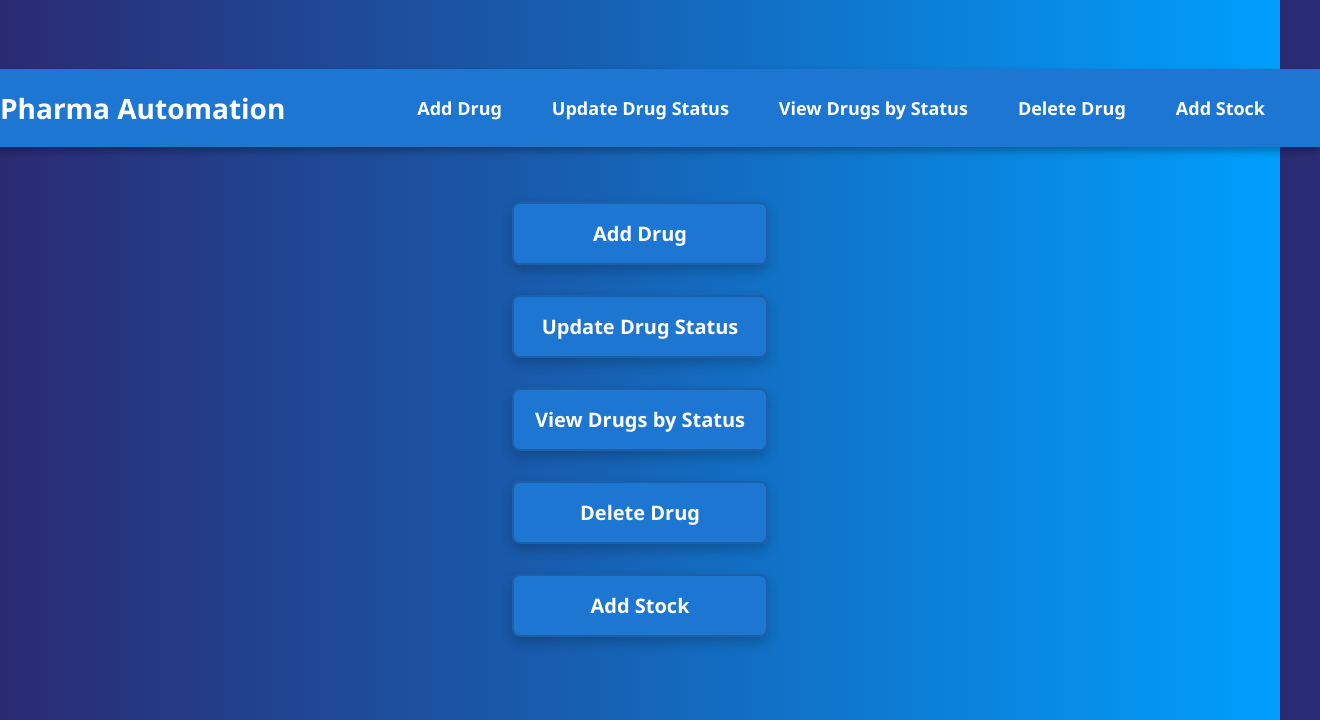
Repository: Clarrieous/Infosys-intern
Page: http://localhost/index
An editor plug-in stored every save of this project. The page is shown before and after the next save, followed by the edit.
The browser window is 1280 px wide. The page is 1320 px wide, then 1280 px, so the pictures cover 1320 px, including what lies to the right of the window. The pictures show the whole page.
The page is this project's Thymeleaf template; nobody is signed in. The template is opened directly, without the code that normally fills it, so the values that code supplies are empty.

Above is the page before, as saved 2024-12-08 12:23:09.

### ClientService/src/main/resources/templates/index.html
<!DOCTYPE html>
<html xmlns:th="http://www.thymeleaf.org">
<head>
    <meta charset="UTF-8">
    <meta name="viewport" content="width=device-width, initial-scale=1.0">
    <title>Pharma Automation System</title>
    <style>
        body {
            font-family: 'Segoe UI', Tahoma, Geneva, Verdana, sans-serif;
            margin: 0;
            padding: 0;
            background: linear-gradient(to right, #2a2a72, #009ffd);
            color: #fff;
            height: 100vh;
            display: flex;
            flex-direction: column;
            justify-content: center; /* Align content vertically centered */
            align-items: center; /* Align content horizontally centered */
        }

        .navbar {
            width: 100%;
            display: flex;
            justify-content: space-between;
            align-items: center;
            padding: 20px 40px;
            background-color: #1c76d2; /* Navbar color changed to match the theme */
            box-shadow: 0 4px 8px rgba(0, 0, 0, 0.3);
        }

        .navbar h1 {
            margin: 0;
            font-size: 28px;
            font-weight: bold;
            color: #fff;
        }

        .navbar ul {
            list-style-type: none;
            margin: 0;
            padding: 0;
            display: flex;
        }

        .navbar ul li {
            margin-left: 20px;
        }

        .navbar ul li a {
            color: white;
            text-decoration: none;
            font-size: 18px;
            font-weight: 600;
            transition: color 0.3s;
            padding: 10px 15px;
            border-radius: 4px;
        }

        .navbar ul li a:hover {
            background-color: #1873b7; /* Hover effect matching button color */
            color: white;
        }

        .button-list {
            display: flex;
            flex-direction: column;
            justify-content: center;
            align-items: center;
            margin-top: 40px;
        }

        .button-list a {
            display: block;
            width: 220px;
            text-align: center;
            padding: 16px;
            margin: 15px 0;
            font-size: 20px;
            font-weight: bold;
            color: #fff;
            background-color: #1c76d2; /* Button color matching the navbar */
            text-decoration: none;
            border: 2px solid #1e60a8;
            border-radius: 8px;
            transition: all 0.3s ease;
            box-shadow: 0 6px 12px rgba(0, 0, 0, 0.2);
        }

        .button-list a:hover {
            background-color: #1873b7;
            color: white;
            transform: translateY(-5px);
            box-shadow: 0 8px 16px rgba(0, 0, 0, 0.3);
        }

        @media (max-width: 768px) {
            .navbar {
                flex-direction: column;
                align-items: flex-start;
                padding: 10px 20px;
            }

            .navbar ul {
                flex-direction: column;
                align-items: flex-start;
                margin-top: 10px;
            }

            .button-list a {
                width: 90%;
                font-size: 18px;
                padding: 14px;
            }
        }
    </style>
</head>
<body>

    <div class="navbar">
        <h1>Pharma Automation</h1>
        <ul>
            <li><a th:href="@{/addDrug}">Add Drug</a></li>
            <li><a th:href="@{/updateStatus}">Update Drug Status</a></li>
            <li><a th:href="@{/viewDrugStatus}">View Drugs by Status</a></li>
            <li><a th:href="@{/deleteDrug}">Delete Drug</a></li>
            <li><a th:href="@{/addStock}">Add Stock</a></li>
        </ul>
    </div>

    <div class="button-list">
        <a th:href="@{/addDrug}">Add Drug</a>
        <a th:href="@{/updateStatus}">Update Drug Status</a>
        <a th:href="@{/viewDrugStatus}">View Drugs by Status</a>
        <a th:href="@{/deleteDrug}">Delete Drug</a>
        <a th:href="@{/addStock}">Add Stock</a>
    </div>

</body>
</html>

After the next save:
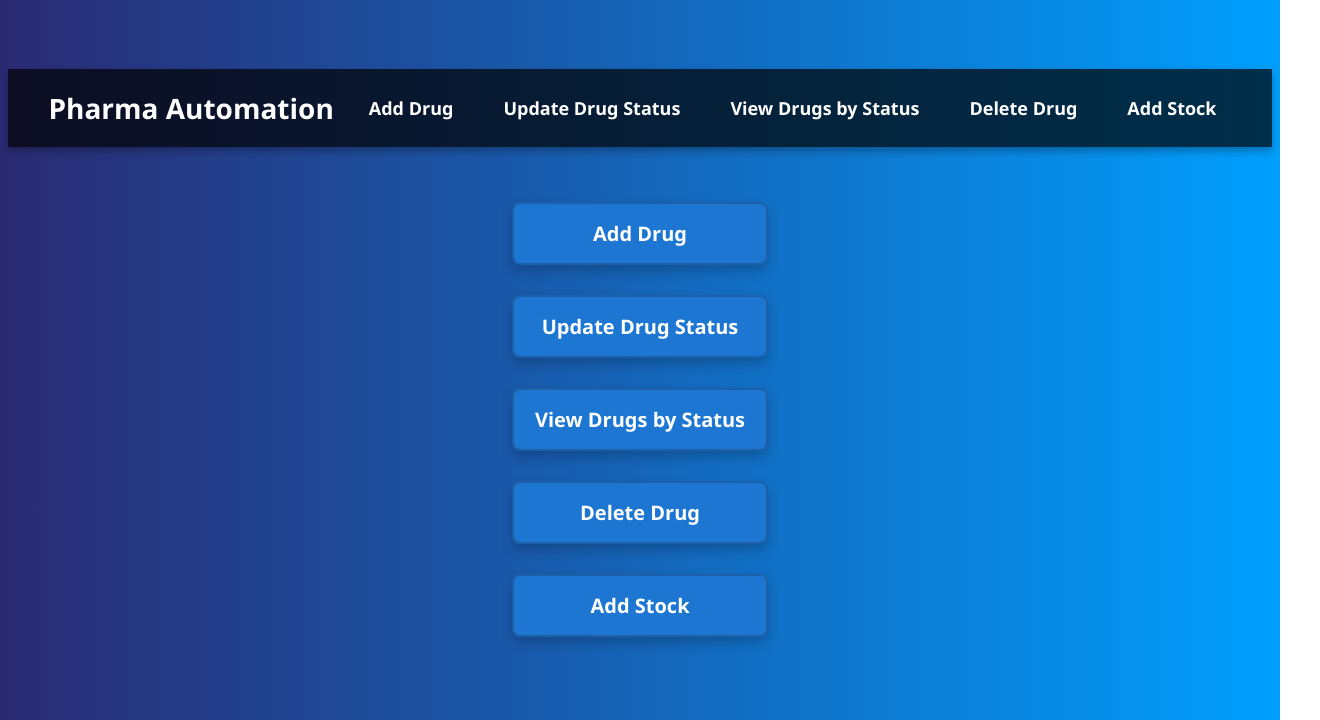
Saved 85 s later.
--- a/ClientService/src/main/resources/templates/index.html
+++ b/ClientService/src/main/resources/templates/index.html
@@ -18,46 +18,45 @@
             align-items: center; /* Align content horizontally centered */
         }
 
-        .navbar {
-            width: 100%;
-            display: flex;
-            justify-content: space-between;
-            align-items: center;
-            padding: 20px 40px;
-            background-color: #1c76d2; /* Navbar color changed to match the theme */
-            box-shadow: 0 4px 8px rgba(0, 0, 0, 0.3);
-        }
+		.navbar {
+		            display: flex;
+		            justify-content: space-between;
+		            align-items: center;
+		            padding: 20px 40px;
+		            background-color: rgba(0, 0, 0, 0.7);
+		            box-shadow: 0 4px 8px rgba(0, 0, 0, 0.3);
+		        }
 
-        .navbar h1 {
-            margin: 0;
-            font-size: 28px;
-            font-weight: bold;
-            color: #fff;
-        }
+		        .navbar h1 {
+		            margin: 0;
+		            font-size: 28px;
+		            font-weight: bold;
+		            color: #fff;
+		        }
 
-        .navbar ul {
-            list-style-type: none;
-            margin: 0;
-            padding: 0;
-            display: flex;
-        }
+		        .navbar ul {
+		            list-style-type: none;
+		            margin: 0;
+		            padding: 0;
+		            display: flex;
+		        }
 
-        .navbar ul li {
-            margin-left: 20px;
-        }
+		        .navbar ul li {
+		            margin-left: 20px;
+		        }
 
-        .navbar ul li a {
-            color: white;
-            text-decoration: none;
-            font-size: 18px;
-            font-weight: 600;
-            transition: color 0.3s;
-            padding: 10px 15px;
-            border-radius: 4px;
-        }
+		        .navbar ul li a {
+		            color: white;
+		            text-decoration: none;
+		            font-size: 18px;
+		            font-weight: 600;
+		            transition: color 0.3s;
+		            padding: 10px 15px;
+		            border-radius: 4px;
+		        }
 
         .navbar ul li a:hover {
-            background-color: #1873b7; /* Hover effect matching button color */
+            background-color: #1873b7;
             color: white;
         }
 
